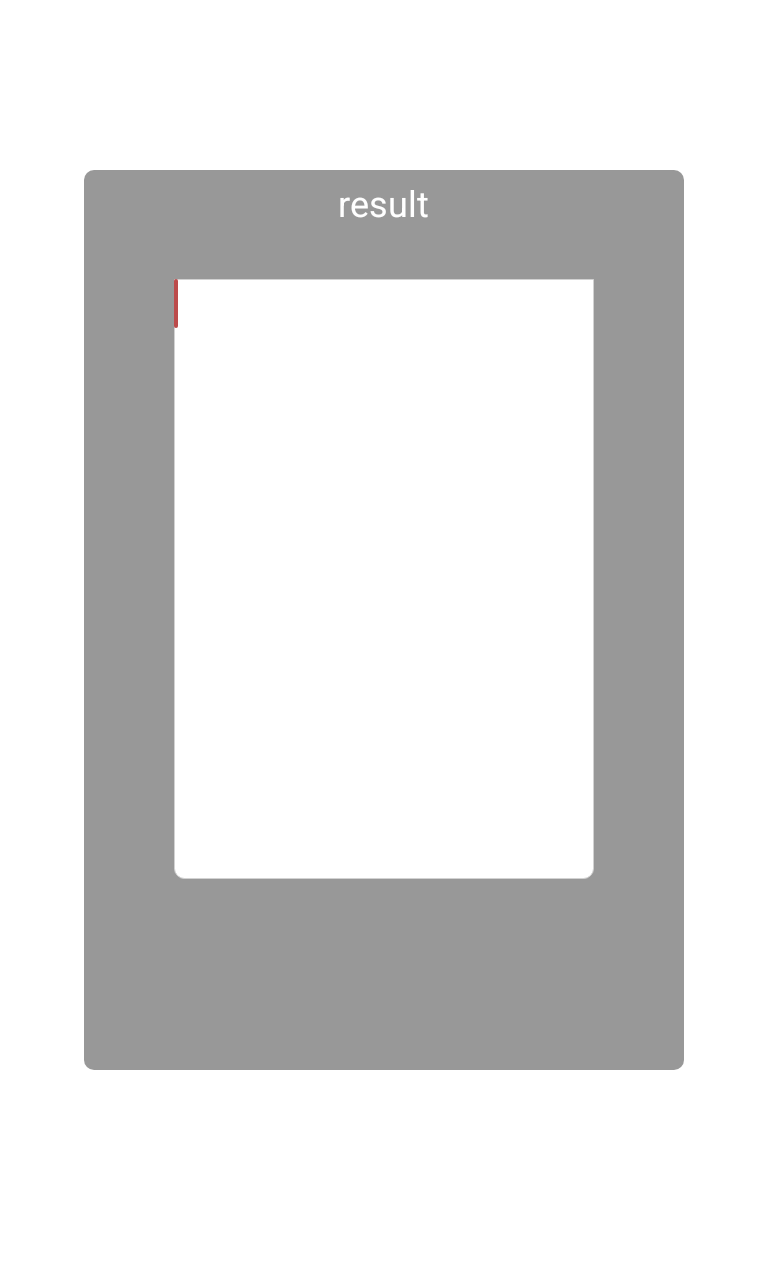
Repository: Kitsopappas/QBIReader
Layout: QBIReader/res/layout/activity_res.xml
These files come from the project's save history. The layout is drawn as it stood at one moment and after the next save; the edit follows.
It is drawn on a 768 x 1280 px phone screen (xhdpi) without system bars, with theme android:Theme.Translucent.NoTitleBar; the app's code is not run.

Above is the layout before, as saved 2015-03-19 15:18:15.

After the next save:
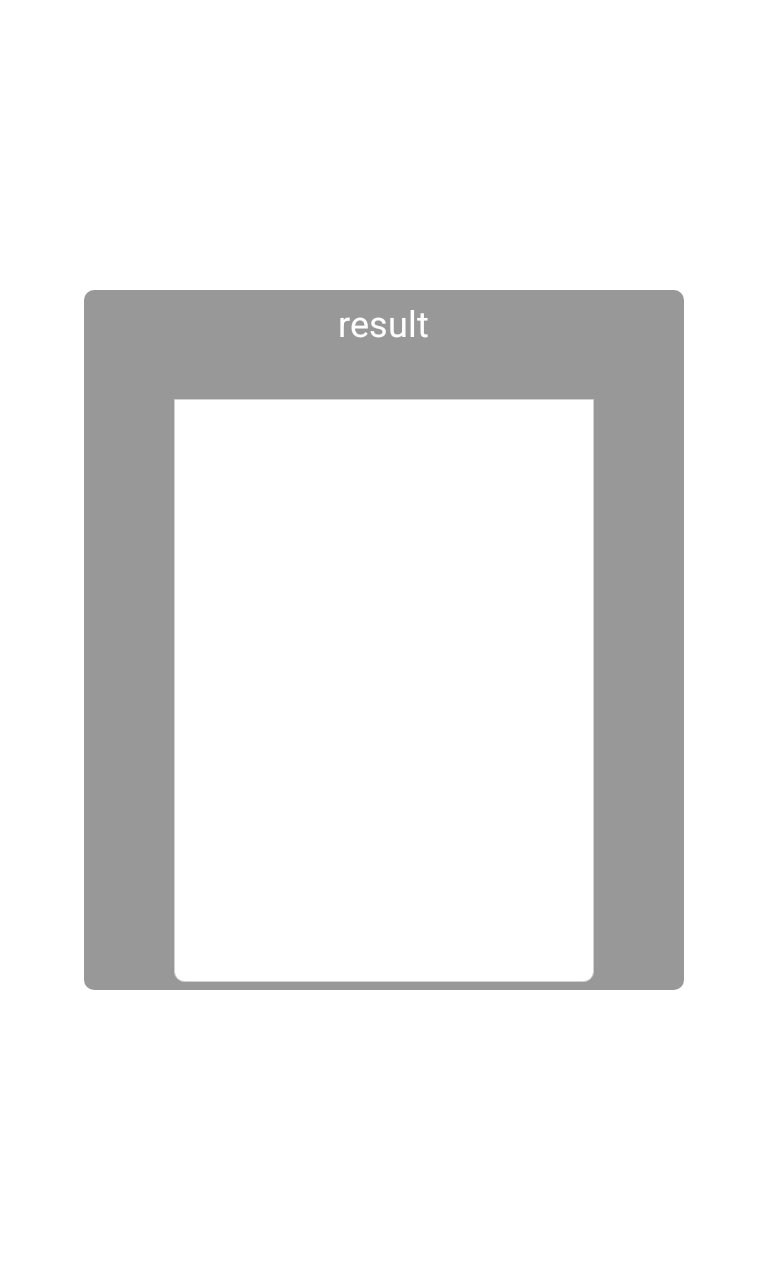
Saved 28 s later.
--- a/QBIReader/res/layout/activity_res.xml
+++ b/QBIReader/res/layout/activity_res.xml
@@ -12,10 +12,9 @@
     <RelativeLayout
         android:id="@+id/relativeLayout1"
         android:layout_width="300dp"
-        android:layout_height="450dp"
-        android:layout_alignParentTop="true"
+        android:layout_height="350dp"
         android:layout_centerHorizontal="true"
-        android:layout_marginTop="69dp"
+        android:layout_centerVertical="true"
         android:background="@drawable/rounded_panel" >
 
         <TextView
@@ -38,10 +37,7 @@
             android:ems="10"
             android:gravity="top"
             android:inputType="textMultiLine"
-            android:textCursorDrawable="@drawable/cursor_color" >
-
-            <requestFocus />
-        </EditText>
+            android:textCursorDrawable="@drawable/cursor_color" />
     </RelativeLayout>
 
 </RelativeLayout>
